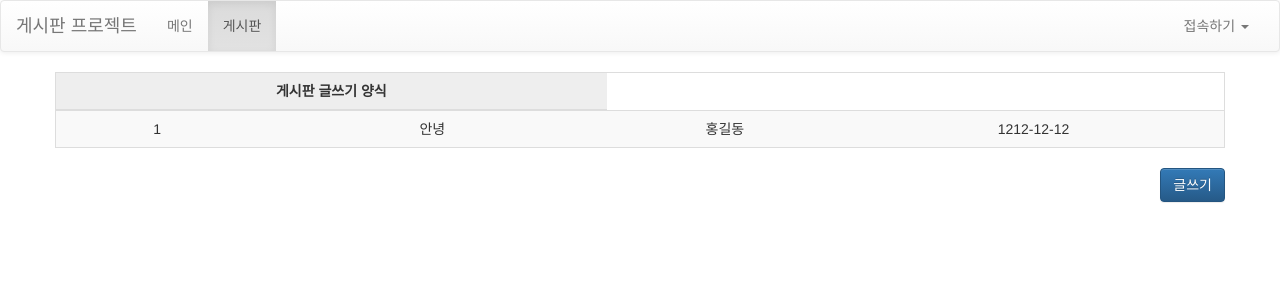
Repository: Seok7975/JSP-Education
Page: http://localhost/BBS/write.jsp
An editor plug-in stored every save of this project. The page is shown before and after the next save, followed by the edit.
The browser window is 1280 px wide. The pictures show the whole page.
Some web libraries are served in a nearby version. The page is served by Tomcat 9.

Above is the page before, as saved 2024-06-05 10:30:03.

After the next save:
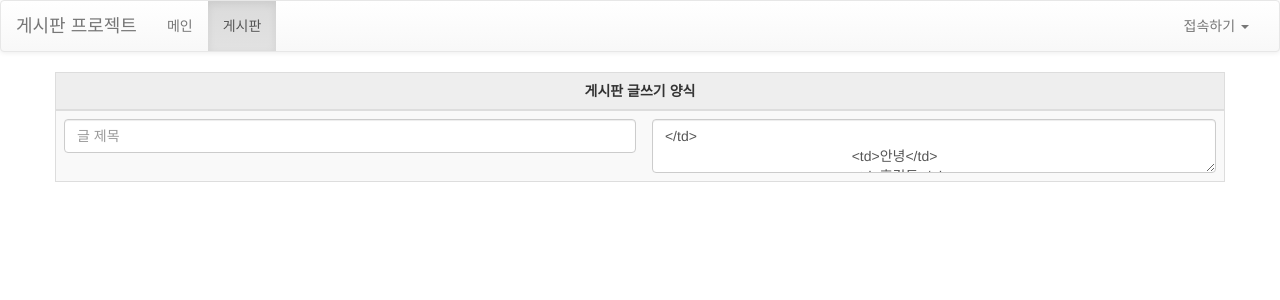
Saved 88 s later.
--- a/List_Projects/BBS/src/main/webapp/write.jsp
+++ b/List_Projects/BBS/src/main/webapp/write.jsp
@@ -78,9 +78,10 @@
 						<th colspan="2" style="background-color: #eeeeee; text-align: center;">게시판 글쓰기 양식</th>
 					</tr>
 				</thead>
-				<tbody> <!-- 예시 -->
+				<tbody>
 					<tr>
-						<td>1</td>
+						<td><input type="text" class="form-control" placeholder="글 제목" name="bbsTitle" maxlength="50"></td>
+						<td><textarea type="text" class="form-control" placeholder="글 내용" name="bbsContent" maxlength="50"></td>
 						<td>안녕</td>
 						<td>홍길동</td>
 						<td>1212-12-12</td>
